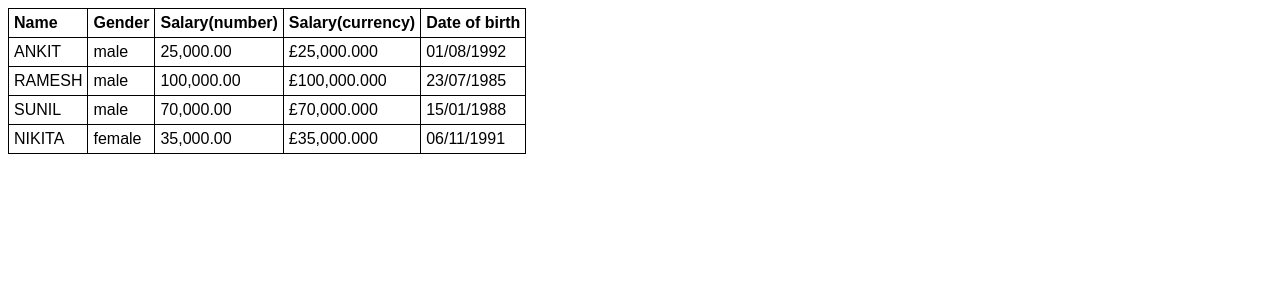
Repository: ammoreloaded/WebProjectFirst
Page: homework/WebProjectFirst/web/filterDemo.html
These files come from the project's save history. The page is drawn as it stood at one moment and after the next save; the edit follows.
The browser window is 1280 px wide. The pictures show the whole page.

Above is the page before, as saved 2016-05-19 15:15:52.

After the next save:
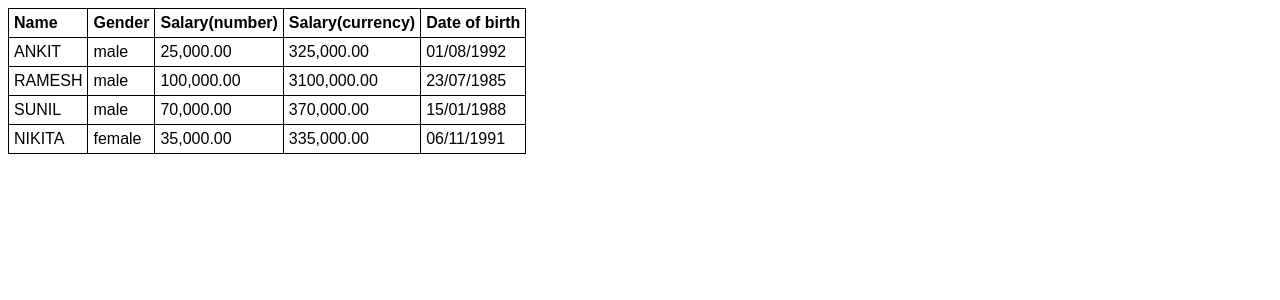
Saved 46 s later.
--- a/homework/WebProjectFirst/web/filterDemo.html
+++ b/homework/WebProjectFirst/web/filterDemo.html
@@ -22,7 +22,7 @@
 					<td>{{ employee.name | uppercase}}</td>
 					<td>{{ employee.gender | lowercase }}</td>
 					<td>{{ employee.salary | number : 2 }}</td>
-					<td>{{ employee.salary | currency : "£" : 3 }}</td>
+					<td>{{ employee.salary | currency : 3 }}</td>
 					<td>{{ employee.dateOfBirth | date : "dd/MM/yyyy" }}</td>
 				</tr>
 			</tbody>

After the save that followed:
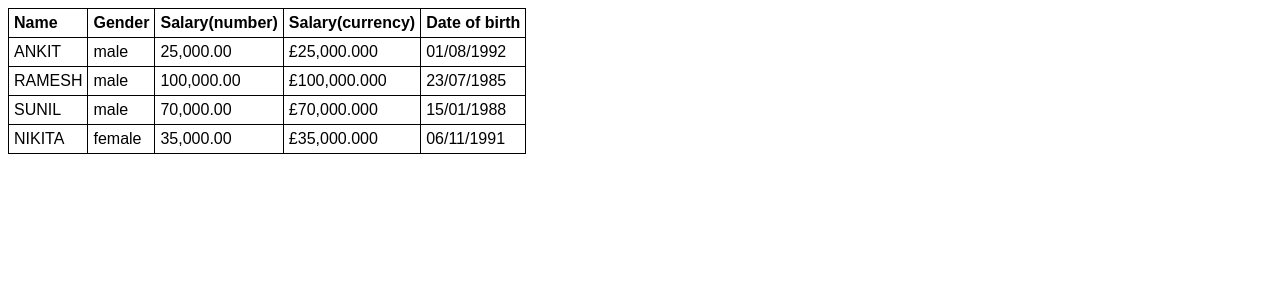
Saved 13 s later.
--- a/homework/WebProjectFirst/web/filterDemo.html
+++ b/homework/WebProjectFirst/web/filterDemo.html
@@ -22,7 +22,7 @@
 					<td>{{ employee.name | uppercase}}</td>
 					<td>{{ employee.gender | lowercase }}</td>
 					<td>{{ employee.salary | number : 2 }}</td>
-					<td>{{ employee.salary | currency : 3 }}</td>
+					<td>{{ employee.salary | currency : "£" : 3 }}</td>
 					<td>{{ employee.dateOfBirth | date : "dd/MM/yyyy" }}</td>
 				</tr>
 			</tbody>
